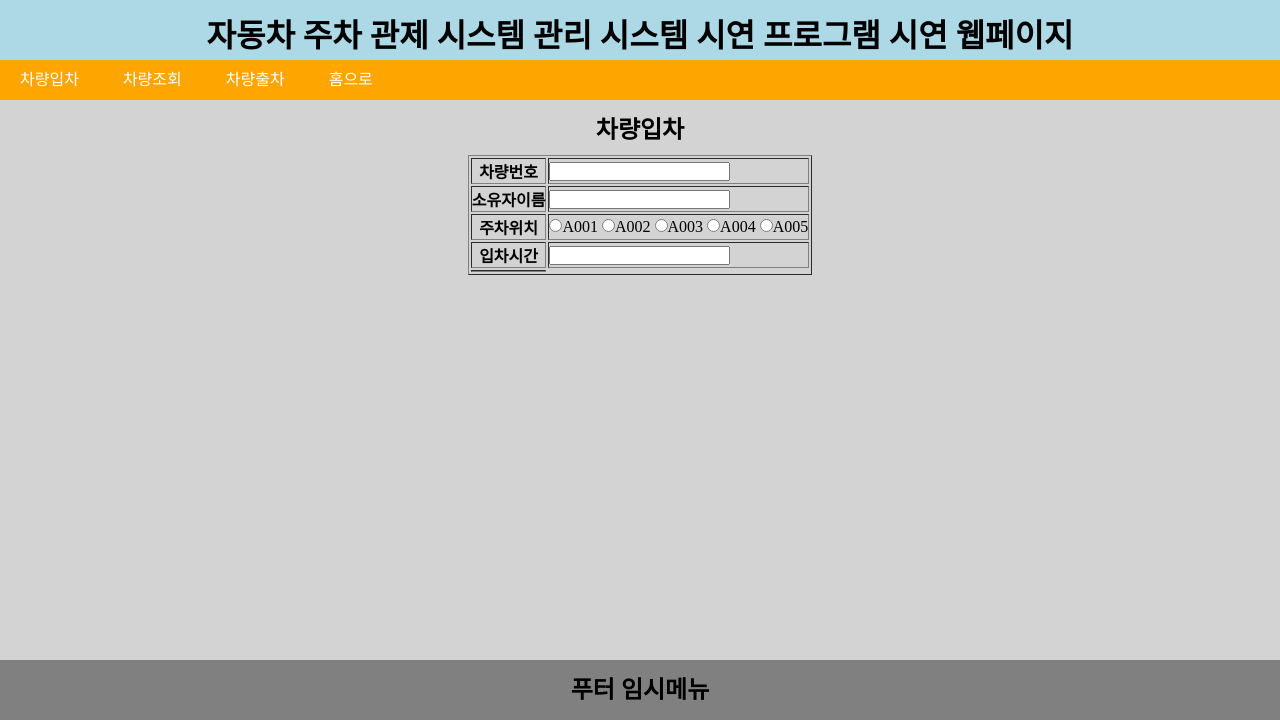
Repository: Ghraminal/mytest
Page: http://localhost/farking/insert.jsp
An editor plug-in stored every save of this project. The page is shown before and after the next save, followed by the edit.
The browser window is 1280 px wide. The pictures show the whole page.
The page is served by Tomcat 9.

Above is the page before, as saved 2025-08-20 05:31:07.

After the next save:
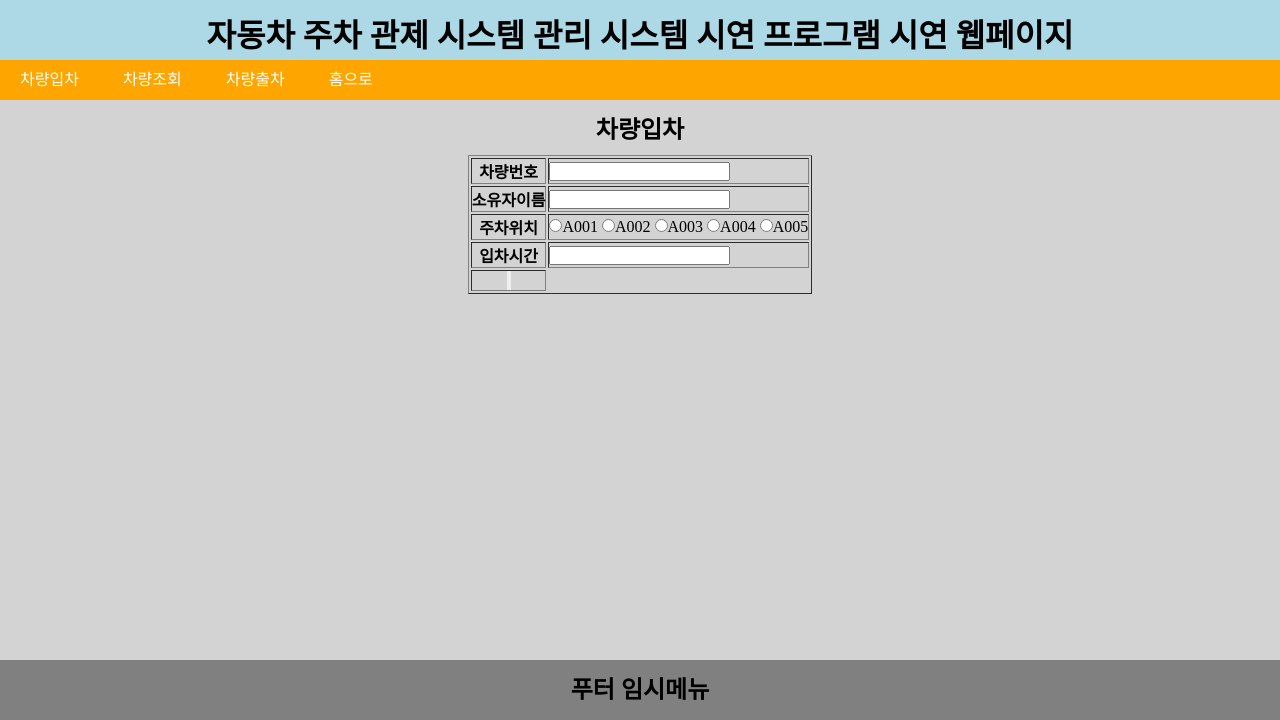
Saved 20 s later.
--- a/farking/src/main/webapp/insert.jsp
+++ b/farking/src/main/webapp/insert.jsp
@@ -61,7 +61,9 @@
 			<td><input type="text" name="entrance_time"></td>
 		</tr>
 		<tr>
-			<th></th>
+			<th>
+				<input type="button">
+			</th>
 		</tr>
 	</table>
 </form>
